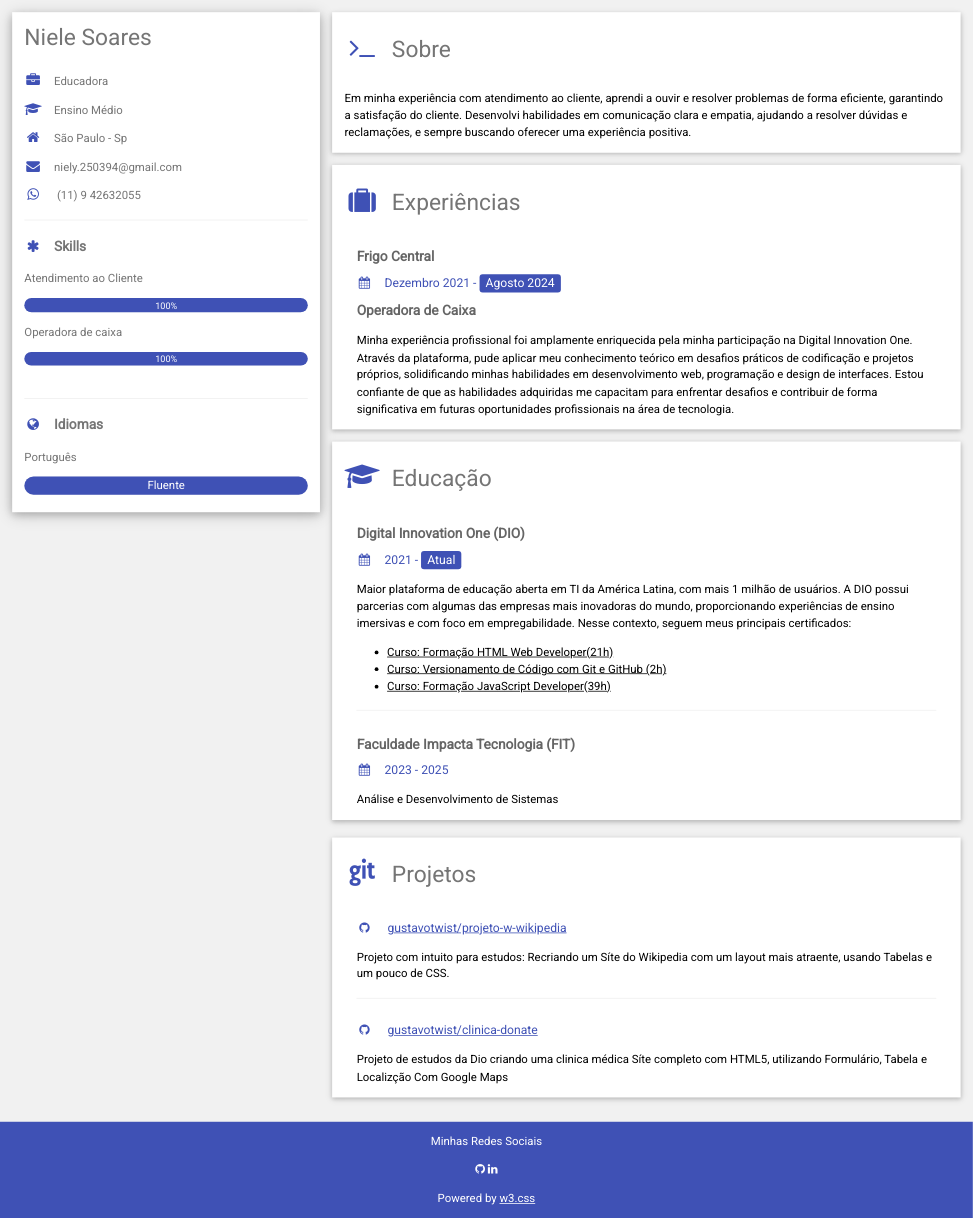
Repository: gustavotwist/cv2
Page: index.html
These files come from the project's save history. The page is drawn as it stood at one moment and after a run of saves; the edit follows.
The browser window is 1280 px wide. The pictures show the whole page, at 76% of full size.

Above is the page before, as saved 2024-08-23 17:28:11.

### index.html
<!DOCTYPE html>
<!-- @falvojr: Reference article https://www.w3schools.com/howto/howto_website_create_resume.asp -->
<!-- @falvojr: Useful link to use fontawesome (fa) icons: https://fontawesome.com/v4/icons/ -->
<html lang="pt-BR">

  <head>
    <title>Niele Soares</title>

    <meta http-equiv="Content-Type" content="text/html; charset=UTF-8">
    <meta name="viewport" content="width=device-width, initial-scale=1">

    <link rel="stylesheet" href="https://www.w3schools.com/w3css/4/w3.css">
    <link rel='stylesheet' href='https://fonts.googleapis.com/css?family=Roboto'>
    <link rel="stylesheet" href="https://cdnjs.cloudflare.com/ajax/libs/font-awesome/4.7.0/css/font-awesome.min.css">

    <style>
      html,body,h1,h2,h3,h4,h5,h6 {font-family: "Roboto", sans-serif}
    </style>

  </head>

  <body class="w3-light-grey" cz-shortcut-listen="true">

    <!-- Page Container -->
    <div class="w3-content w3-margin-top" style="max-width:1400px;">

      <!-- The Grid -->
      <div class="w3-row-padding">

        <!-- Left Column -->
        <div class="w3-third">

          <div class="w3-white w3-text-grey w3-card-4">
            <!-- @falvojr: This container has been modified to not use a profile picture. -->
            <div class="w3-container">
              <h2>Niele Soares</h2>
            </div>
            <div class="w3-container">
              <p><i class="fa fa-briefcase fa-fw w3-margin-right w3-large w3-text-indigo"></i>Educadora</p>
              <p><i class="fa fa-graduation-cap fa-fw w3-margin-right w3-large w3-text-indigo"></i>Ensino Médio</p>
              <p><i class="fa fa-home fa-fw w3-margin-right w3-large w3-text-indigo"></i>São Paulo - Sp</p>
              <p><i class="fa fa-envelope fa-fw w3-margin-right w3-large w3-text-indigo"></i><a href="mailto:niely.250394@gmail.com" style="text-decoration: none;">niely.250394@gmail.com</a></p>
              <p ><i class="fa fa-whatsapp fa-fw w3-margin-right w3-large w3-text-indigo"></i> <a href="tel:(11) 9 42632055" style="text-decoration: none;"> (11) 9 42632055</a> </p>
              <hr>

              <p class="w3-large">
                <b><i class="fa fa-asterisk fa-fw w3-margin-right w3-text-indigo"></i>Skills</b>
              </p>
              <p>Atendimento ao Cliente</p>
              <div class="w3-light-grey w3-round-xlarge w3-small">
                <div class="w3-container w3-center w3-round-xlarge w3-indigo" style="width:100%">100%</div>
              </div>
              <p>Operadora de caixa</p>
              <div class="w3-light-grey w3-round-xlarge w3-small">
                <div class="w3-container w3-center w3-round-xlarge w3-indigo" style="width:100%">100%</div>
              </div>
              <br>
              <hr>
              <p class="w3-large w3-text-theme">
                <b><i class="fa fa-globe fa-fw w3-margin-right w3-text-indigo"></i>Idiomas</b>
              </p>
              <p>Português</p>
              <div class="w3-light-grey w3-round-xlarge">
                <div class="w3-container w3-center w3-round-xlarge w3-indigo" style="height:24px;width:100%">Fluente</div>
              </div>
              <br>
            </div>
          </div><br>

          <!-- End Left Column -->
        </div>

        <!-- Right Column -->
        <div class="w3-twothird">

          <div class="w3-container w3-card w3-white w3-margin-bottom">
            <h2 class="w3-text-grey w3-padding-16"><i class="fa fa-terminal fa-fw w3-margin-right w3-xxlarge w3-text-indigo"></i>Sobre</h2>
            <p>Em minha experiência com atendimento ao cliente, aprendi a ouvir e resolver problemas de forma eficiente, garantindo a satisfação do cliente. Desenvolvi habilidades em comunicação clara e empatia, ajudando a resolver dúvidas e reclamações, e sempre buscando oferecer uma experiência positiva.</p>
          </div>

          <div class="w3-container w3-card w3-white w3-margin-bottom">
            <h2 class="w3-text-grey w3-padding-16">
              <i class="fa fa-suitcase fa-fw w3-margin-right w3-xxlarge w3-text-indigo"></i>Experiências
            </h2>
            <div class="w3-container">
              <h5 class="w3-opacity"><b>Frigo Central</b></h5>
                <h6 class="w3-text-indigo"><i class="fa fa-calendar fa-fw w3-margin-right"></i>Dezembro 2021 - <span class="w3-tag w3-indigo w3-round">Agosto 2024</span></h6>
                <h5 class="w3-opacity"><b>Operadora de Caixa</b></h5>
                <p>
                    Minha experiência profissional foi amplamente enriquecida pela minha participação na Digital Innovation One. Através da plataforma, pude aplicar meu conhecimento teórico em desafios práticos de codificação e projetos próprios, solidificando minhas habilidades em desenvolvimento web, programação e design de interfaces. Estou confiante de que as habilidades adquiridas me capacitam para enfrentar desafios e contribuir de forma significativa em futuras oportunidades profissionais na área de tecnologia.
                </p>

            </div>
          </div>

          <div class="w3-container w3-card w3-white">
            <h2 class="w3-text-grey w3-padding-16">
              <i class="fa fa-graduation-cap fa-fw w3-margin-right w3-xxlarge w3-text-indigo"></i>Educação
            </h2>
            <div class="w3-container">
              <h5 class="w3-opacity"><b>Digital Innovation One (DIO)</b></h5>
              <h6 class="w3-text-indigo"><i class="fa fa-calendar fa-fw w3-margin-right"></i>2021 - <span class="w3-tag w3-indigo w3-round">Atual</span></h6>
              <p>
                Maior plataforma de educação aberta em TI da América Latina, com mais 1 milhão de usuários.
                A DIO possui parcerias com algumas das empresas mais inovadoras do mundo, proporcionando experiências
                de ensino imersivas e com foco em empregabilidade. Nesse contexto, seguem meus principais certificados:
              </p>
              <ul>
                <li><a href="https://www.dio.me/certificate/VDSNYTO5" target="_blank">Curso: Formação HTML Web Developer(21h)</a></li>
                <li><a href="https://www.dio.me/certificate/EA66CA6A" target="_blank">Curso: Versionamento de Código com Git e GitHub (2h)</a></li>
                <li><a href="https://www.dio.me/certificate/OST0WIWG" target="_blank">Curso: Formação JavaScript Developer(39h)</a></li>
              </ul>
              <hr>
            </div>
            <div class="w3-container">
              <h5 class="w3-opacity"><b>Faculdade Impacta Tecnologia (FIT)</b></h5>
              <h6 class="w3-text-indigo"><i class="fa fa-calendar fa-fw w3-margin-right"></i>2023 - 2025</h6>
              <p>Análise e Desenvolvimento de Sistemas</p>
            </div>
          </div><br>
          <div class="w3-container w3-card w3-white w3-margin-bottom">
            <h2 class="w3-text-grey w3-padding-16">
              <i class="fa fa-git fa-fw w3-margin-right w3-xxlarge w3-text-indigo"></i>Projetos
            </h2>
            <div class="w3-container">
              <h6 class="w3-text-indigo">
                <i class="fa fa-github fa-fw w3-margin-right"></i>
                <a href="https://github.com/gustavotwist/projeto-w-wikipedia" target="_blank">gustavotwist/projeto-w-wikipedia</a>
              </h6>
              <p>Projeto com intuito para estudos: Recriando um Síte do Wikipedia com um layout mais atraente, usando Tabelas e um pouco de CSS.</p>
              <hr>
            </div>
            <div class="w3-container">
              <h6 class="w3-text-indigo">
                <i class="fa fa-github fa-fw w3-margin-right"></i>
                <a href="https://github.com/gustavotwist/clinica-donate" target="_blank">gustavotwist/clinica-donate</a>
              </h6>
              <p>Projeto de estudos da Dio criando uma clinica médica Síte completo com HTML5, utilizando Formulário, Tabela e Localizção Com Google Maps</p>
            </div>
          </div>

          <!-- End Right Column -->
        </div>

        <!-- End Grid -->
      </div>

      <!-- End Page Container -->
    </div>

    <footer class="w3-container w3-indigo w3-center w3-margin-top">
      <p>Minhas Redes Sociais</p>
      <a href="https://github.com/gustavotwist" target="_blank"><i class="fa fa-github w3-hover-opacity"></i></a>
      <a href="https://www.linkedin.com/in/gustavoalves7/" target="_blank"><i class="fa fa-linkedin w3-hover-opacity"></i></a>
      <p>Powered by <a href="https://www.w3schools.com/w3css/default.asp" target="_blank">w3.css</a></p>
    </footer>

  </body>

</html>

After the next 3 saves:
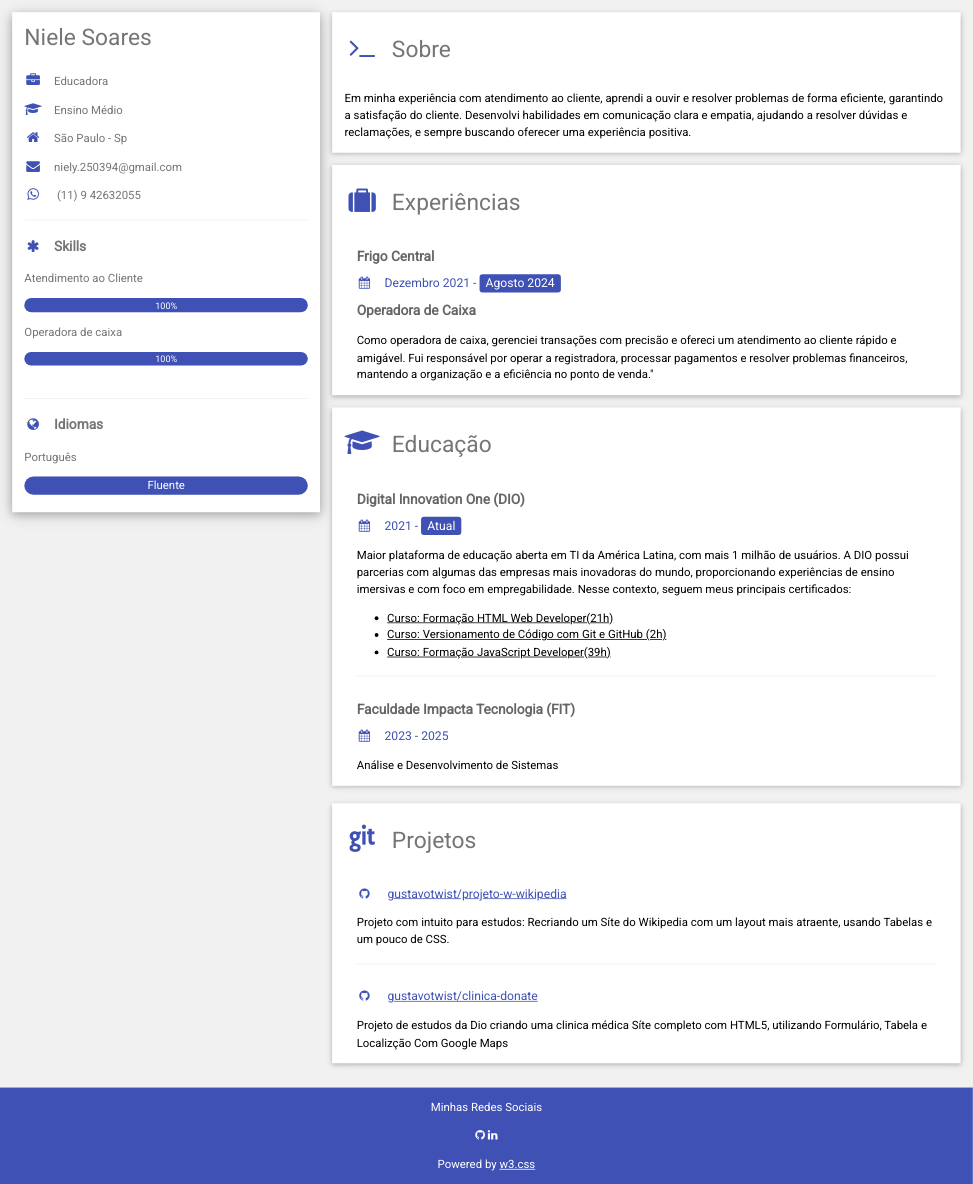
The 3 saves are shown as one change because they came seconds apart.
The last was saved 36 s later.
--- a/index.html
+++ b/index.html
@@ -87,7 +87,7 @@
                 <h6 class="w3-text-indigo"><i class="fa fa-calendar fa-fw w3-margin-right"></i>Dezembro 2021 - <span class="w3-tag w3-indigo w3-round">Agosto 2024</span></h6>
                 <h5 class="w3-opacity"><b>Operadora de Caixa</b></h5>
                 <p>
-                    Minha experiência profissional foi amplamente enriquecida pela minha participação na Digital Innovation One. Através da plataforma, pude aplicar meu conhecimento teórico em desafios práticos de codificação e projetos próprios, solidificando minhas habilidades em desenvolvimento web, programação e design de interfaces. Estou confiante de que as habilidades adquiridas me capacitam para enfrentar desafios e contribuir de forma significativa em futuras oportunidades profissionais na área de tecnologia.
+                    Como operadora de caixa, gerenciei transações com precisão e ofereci um atendimento ao cliente rápido e amigável. Fui responsável por operar a registradora, processar pagamentos e resolver problemas financeiros, mantendo a organização e a eficiência no ponto de venda."
                 </p>
 
             </div>
